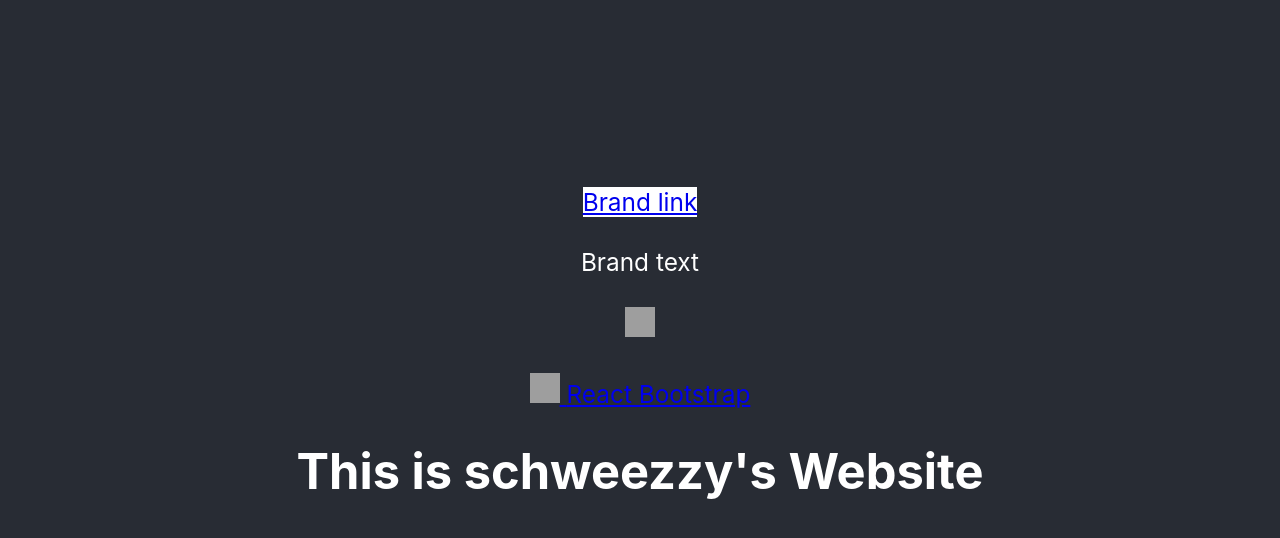
Repository: schweizercode/schweezzy
Page: /
These files come from the project's save history. The page is drawn as it stood at one moment and after the next save; the edit follows.
The browser window is 1280 px wide. The pictures show the whole page.
Pictures or frames that could not be fetched are drawn as grey boxes. The project was rebuilt for these pictures with package versions that can differ from the ones it lists, and the page was loaded fresh each time.

Above is the page before, as saved 2021-04-12 14:45:54.

After the next save:
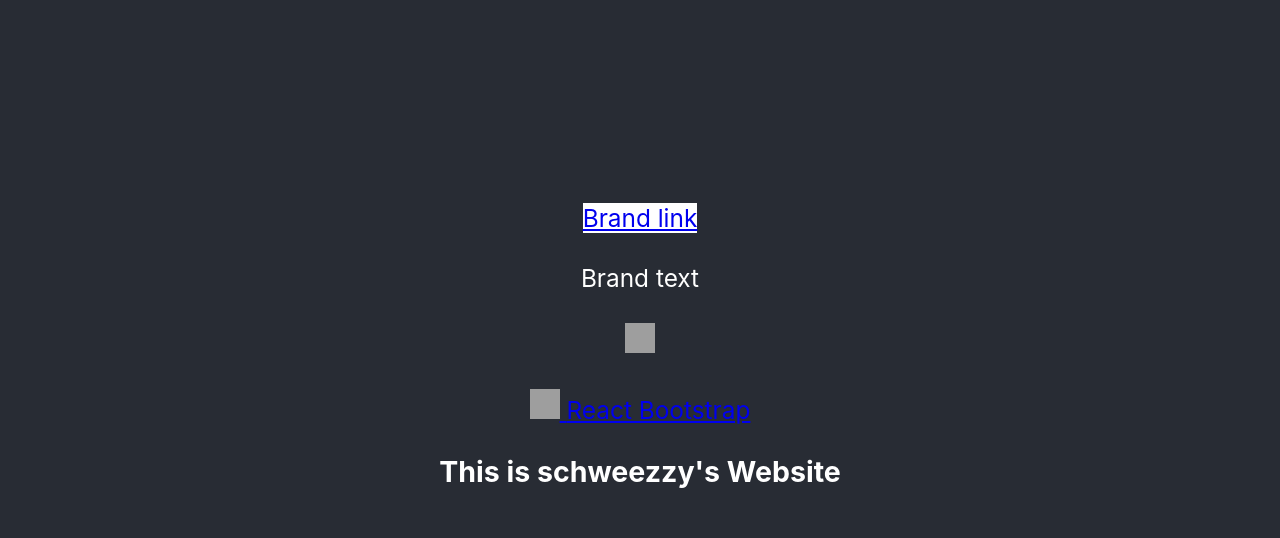
Saved 8 s later.
--- a/src/App.js
+++ b/src/App.js
@@ -8,7 +8,7 @@ function App() {
     <div className="App">
       <header className="App-header">
         <Navbar />
-        <h1> This is schweezzy's Website</h1>
+        <h3> This is schweezzy's Website</h3>
 
       </header>
     </div>
